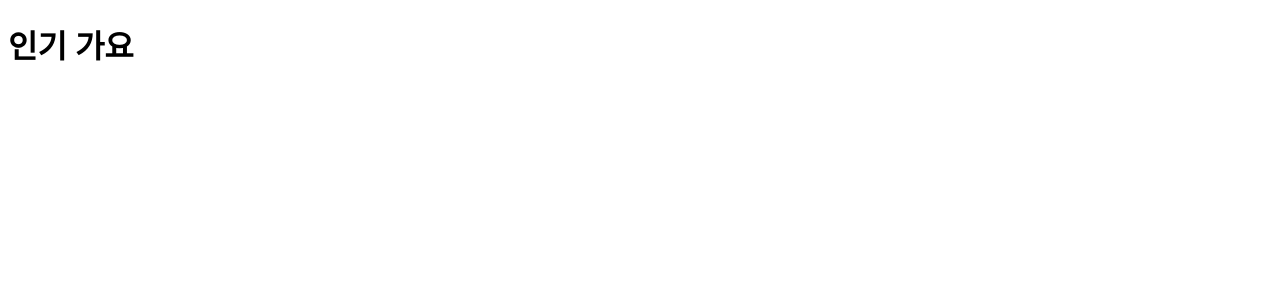
Repository: ghkdtpehd/java_html
Page: 01_HTML/src/main/webapp/EX02.html
These files come from the project's save history. The page is drawn as it stood at one moment and after the next save; the edit follows.
The browser window is 1280 px wide. The pictures show the whole page.

Above is the page before, as saved 2021-06-28 01:02:09.

After the next save:
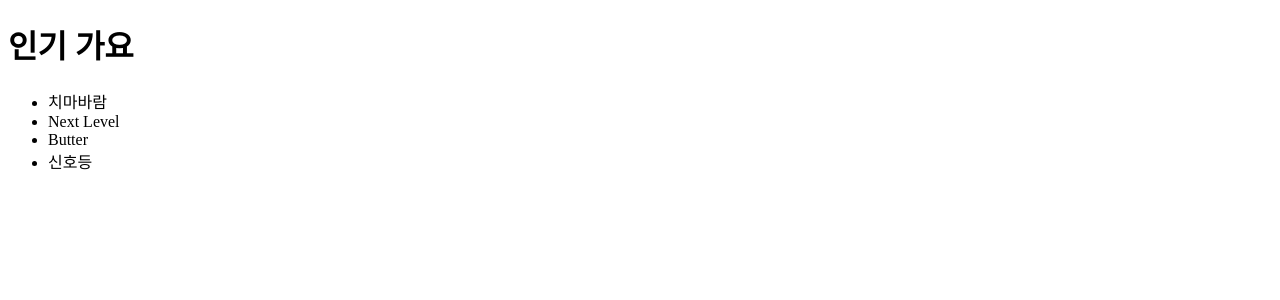
Saved 66 s later.
--- a/01_HTML/src/main/webapp/EX02.html
+++ b/01_HTML/src/main/webapp/EX02.html
@@ -6,6 +6,11 @@
 </head>
 <body>
 	<h1>인기 가요</h1>
-	<ul></ul>
+	<ul>
+		<li>치마바람</li>
+		<li>Next Level</li>
+		<li>Butter</li>
+		<li>신호등</li>
+	</ul>
 </body>
 </html>
